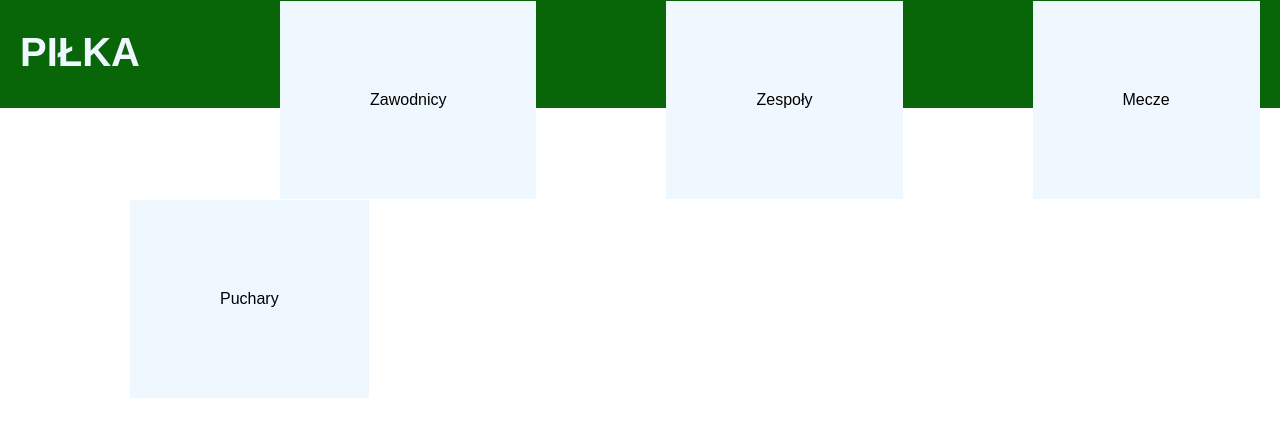
Repository: ZABA78/PAZW
Page: index.html
These files come from the project's save history. The page is drawn as it stood at one moment and after the next save; the edit follows.
The browser window is 1280 px wide. The pictures show the whole page.
Some web fonts or font styles are not loaded; a fallback is used.

Above is the page before, as saved 2023-10-17 14:08:14.

After the next save:
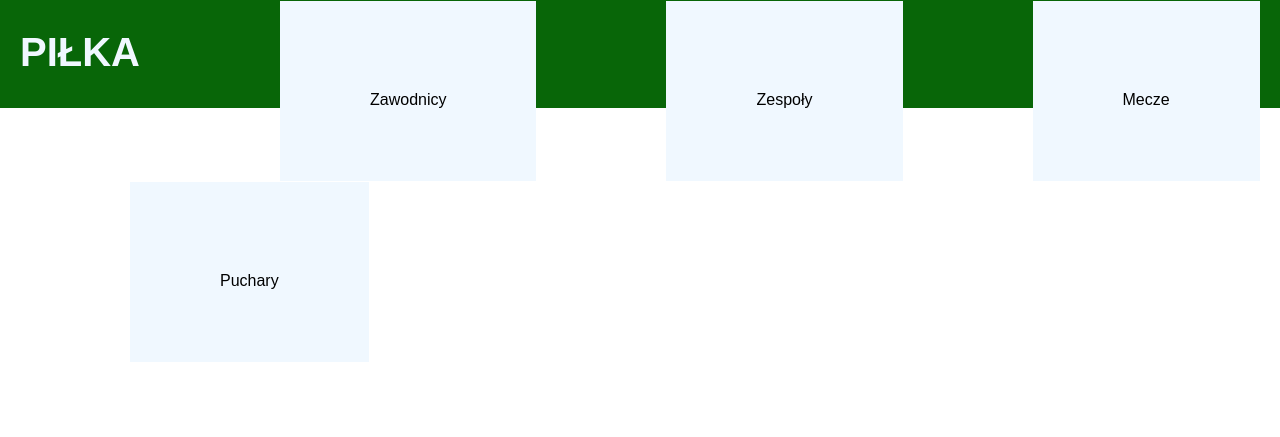
Saved 25 s later.
--- a/style.css
+++ b/style.css
@@ -35,6 +35,7 @@ margin-left: 130px;
 text-decoration: none;
 color: black;
 background-color: aliceblue;
+height: 10px;
 }
 a:hover
 {
